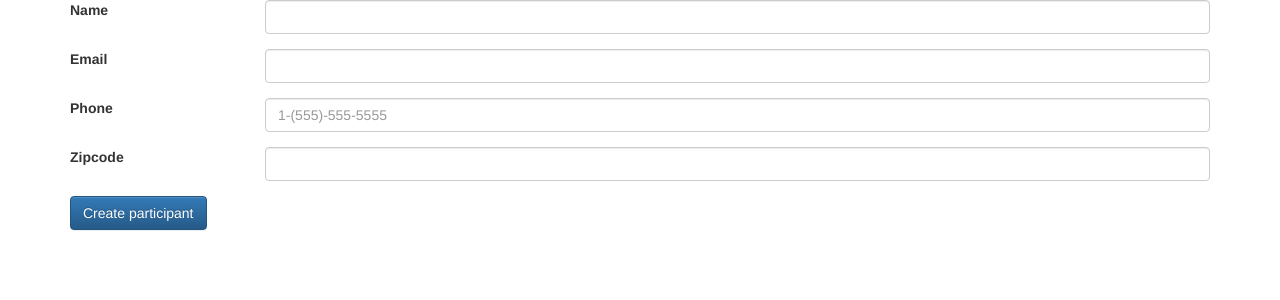
Repository: afan31/Event-Management-System
Page: http://localhost/eventManagmentSystem/createParticipant
These files come from the project's save history. The page is drawn as it stood at one moment and after the next save; the edit follows.
The browser window is 1280 px wide. The pictures show the whole page.
The page is served by Tomcat 9.

Above is the page before, as saved 2016-11-19 05:13:23.
Console error (its wording comes from the project's code and is left out).

After the next save:
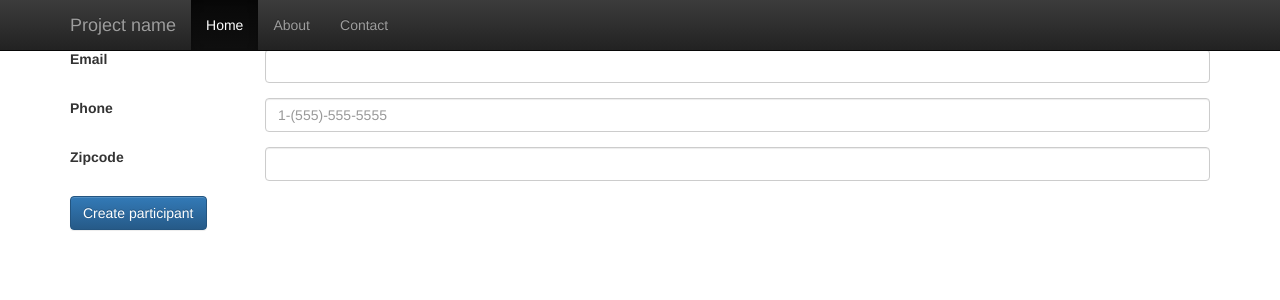
Saved 4 min 25 s later.
--- a/eventManagmentSystem/WebContent/WEB-INF/jsps/createParticipant.jsp
+++ b/eventManagmentSystem/WebContent/WEB-INF/jsps/createParticipant.jsp
@@ -24,7 +24,27 @@
 <title>Create Participant</title>
 </head>
 <body>
-<div>
+<nav class="navbar navbar-inverse navbar-fixed-top">
+      <div class="container">
+        <div class="navbar-header">
+          <button type="button" class="navbar-toggle collapsed" data-toggle="collapse" data-target="#navbar" aria-expanded="false" aria-controls="navbar">
+            <span class="sr-only">Toggle navigation</span>
+            <span class="icon-bar"></span>
+            <span class="icon-bar"></span>
+            <span class="icon-bar"></span>
+          </button>
+          <a class="navbar-brand" href="#">Project name</a>
+        </div>
+        <div id="navbar" class="collapse navbar-collapse">
+          <ul class="nav navbar-nav">
+            <li class="active"><a href="#">Home</a></li>
+            <li><a href="#about">About</a></li>
+            <li><a href="#contact">Contact</a></li>
+          </ul>
+        </div><!--/.nav-collapse -->
+      </div>
+    </nav>
+
 	<div class="container">
 		<form method="post"
 			action="${pageContext.request.contextPath}/docreate">

After the 3 saves that followed:
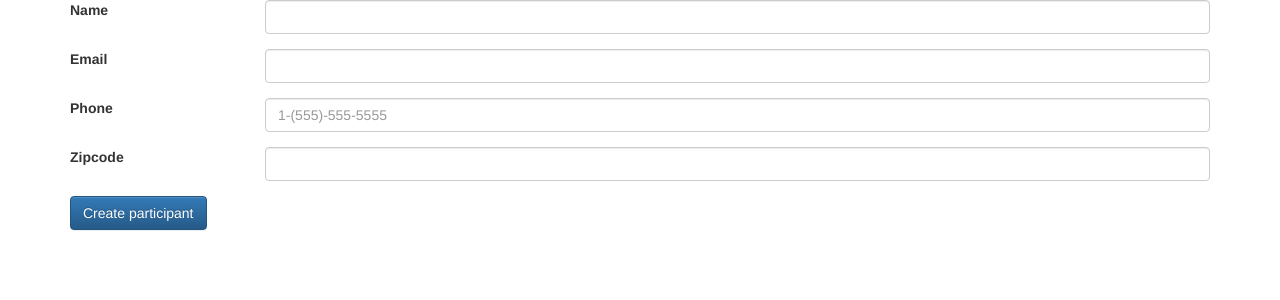
The 3 saves are shown as one change because 1 left the picture as it was and some came seconds apart.
The last was saved 34 s later.
--- a/eventManagmentSystem/WebContent/WEB-INF/jsps/createParticipant.jsp
+++ b/eventManagmentSystem/WebContent/WEB-INF/jsps/createParticipant.jsp
@@ -24,27 +24,7 @@
 <title>Create Participant</title>
 </head>
 <body>
-<nav class="navbar navbar-inverse navbar-fixed-top">
-      <div class="container">
-        <div class="navbar-header">
-          <button type="button" class="navbar-toggle collapsed" data-toggle="collapse" data-target="#navbar" aria-expanded="false" aria-controls="navbar">
-            <span class="sr-only">Toggle navigation</span>
-            <span class="icon-bar"></span>
-            <span class="icon-bar"></span>
-            <span class="icon-bar"></span>
-          </button>
-          <a class="navbar-brand" href="#">Project name</a>
-        </div>
-        <div id="navbar" class="collapse navbar-collapse">
-          <ul class="nav navbar-nav">
-            <li class="active"><a href="#">Home</a></li>
-            <li><a href="#about">About</a></li>
-            <li><a href="#contact">Contact</a></li>
-          </ul>
-        </div><!--/.nav-collapse -->
-      </div>
-    </nav>
-
+<div>
 	<div class="container">
 		<form method="post"
 			action="${pageContext.request.contextPath}/docreate">
@@ -97,6 +77,5 @@
 				</div>
 		</form>
 	</div>
-	</div>
 </body>
 </html>
